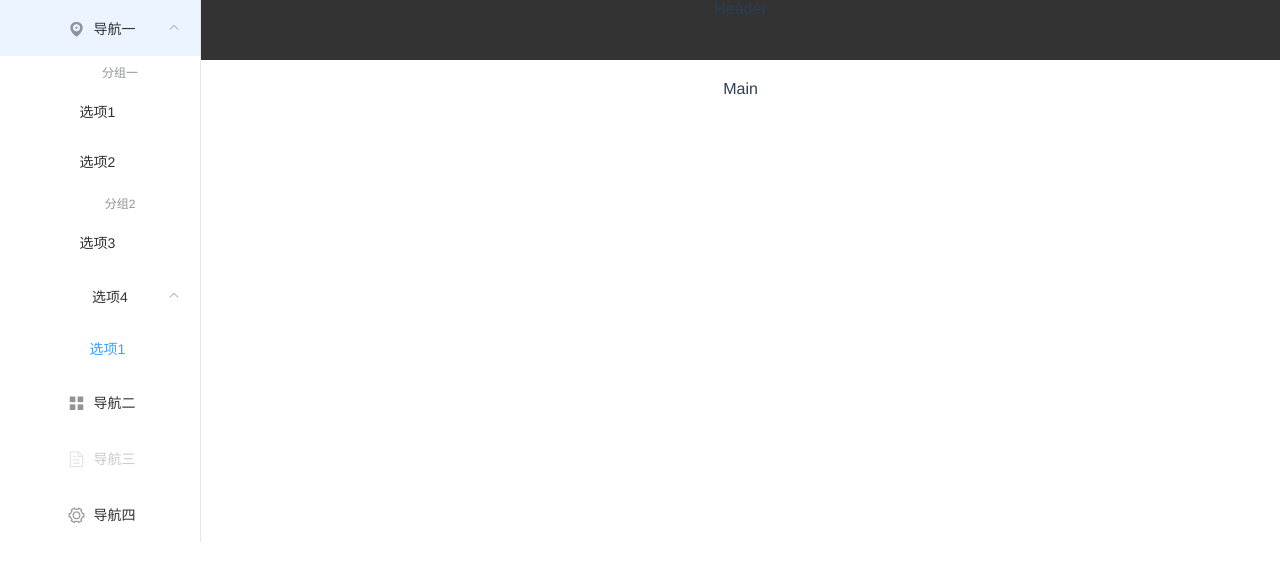
Repository: zhangwen001208/cmd
Page: /
An editor plug-in stored every save of this project. The page is shown before and after the next save, followed by the edit.
The browser window is 1280 px wide. The pictures show the whole page.
The project was rebuilt for these pictures with package versions that can differ from the ones it lists, and the page was loaded fresh each time. Also part of the build but not shown: vue.config.js.

Above is the page before, as saved 2022-08-24 16:13:41.

After the next save:
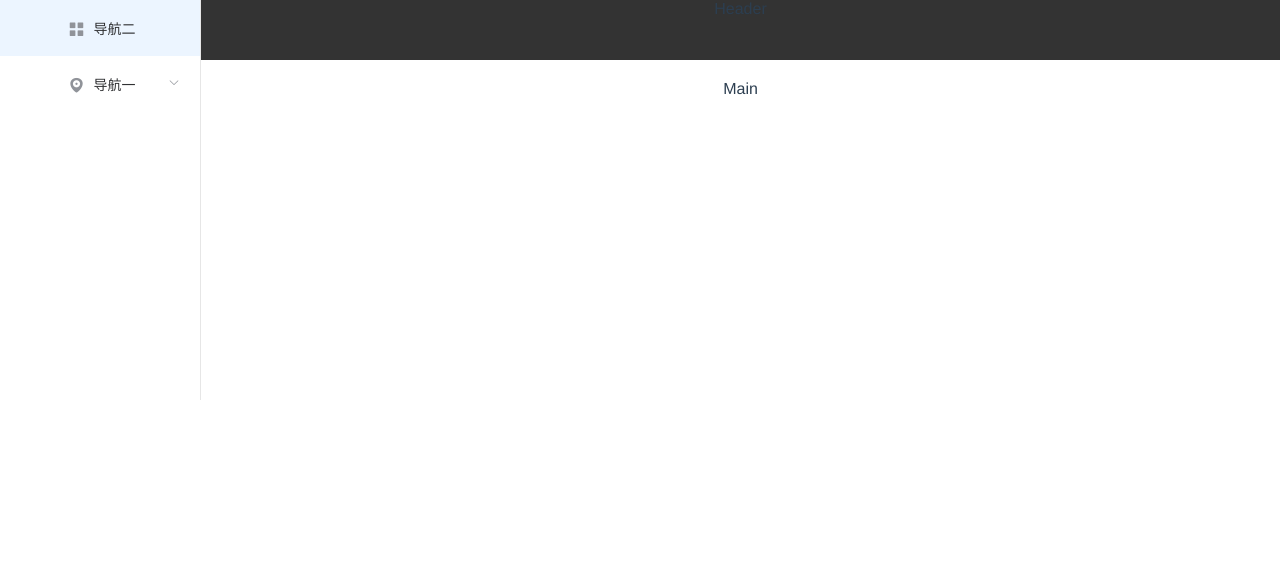
Saved 2 min 26 s later.
--- a/src/components/HomeAside.vue
+++ b/src/components/HomeAside.vue
@@ -1,5 +1,9 @@
 <template>
 <el-menu default-active="1-4-1" class="el-menu-vertical-demo" @open="handleOpen" @close="handleClose" :collapse="isCollapse">
+  <el-menu-item index="2">
+    <i class="el-icon-menu"></i>
+    <span slot="title">导航二</span>
+  </el-menu-item>
   <el-submenu index="1">
     <template slot="title">
       <i class="el-icon-location"></i>
@@ -8,28 +12,12 @@
     <el-menu-item-group>
       <span slot="title">分组一</span>
       <el-menu-item index="1-1">选项1</el-menu-item>
-      <el-menu-item index="1-2">选项2</el-menu-item>
+
     </el-menu-item-group>
-    <el-menu-item-group title="分组2">
-      <el-menu-item index="1-3">选项3</el-menu-item>
-    </el-menu-item-group>
-    <el-submenu index="1-4">
-      <span slot="title">选项4</span>
-      <el-menu-item index="1-4-1">选项1</el-menu-item>
-    </el-submenu>
+
   </el-submenu>
-  <el-menu-item index="2">
-    <i class="el-icon-menu"></i>
-    <span slot="title">导航二</span>
-  </el-menu-item>
-  <el-menu-item index="3" disabled>
-    <i class="el-icon-document"></i>
-    <span slot="title">导航三</span>
-  </el-menu-item>
-  <el-menu-item index="4">
-    <i class="el-icon-setting"></i>
-    <span slot="title">导航四</span>
-  </el-menu-item>
+
+
 </el-menu>
 
 </template>
